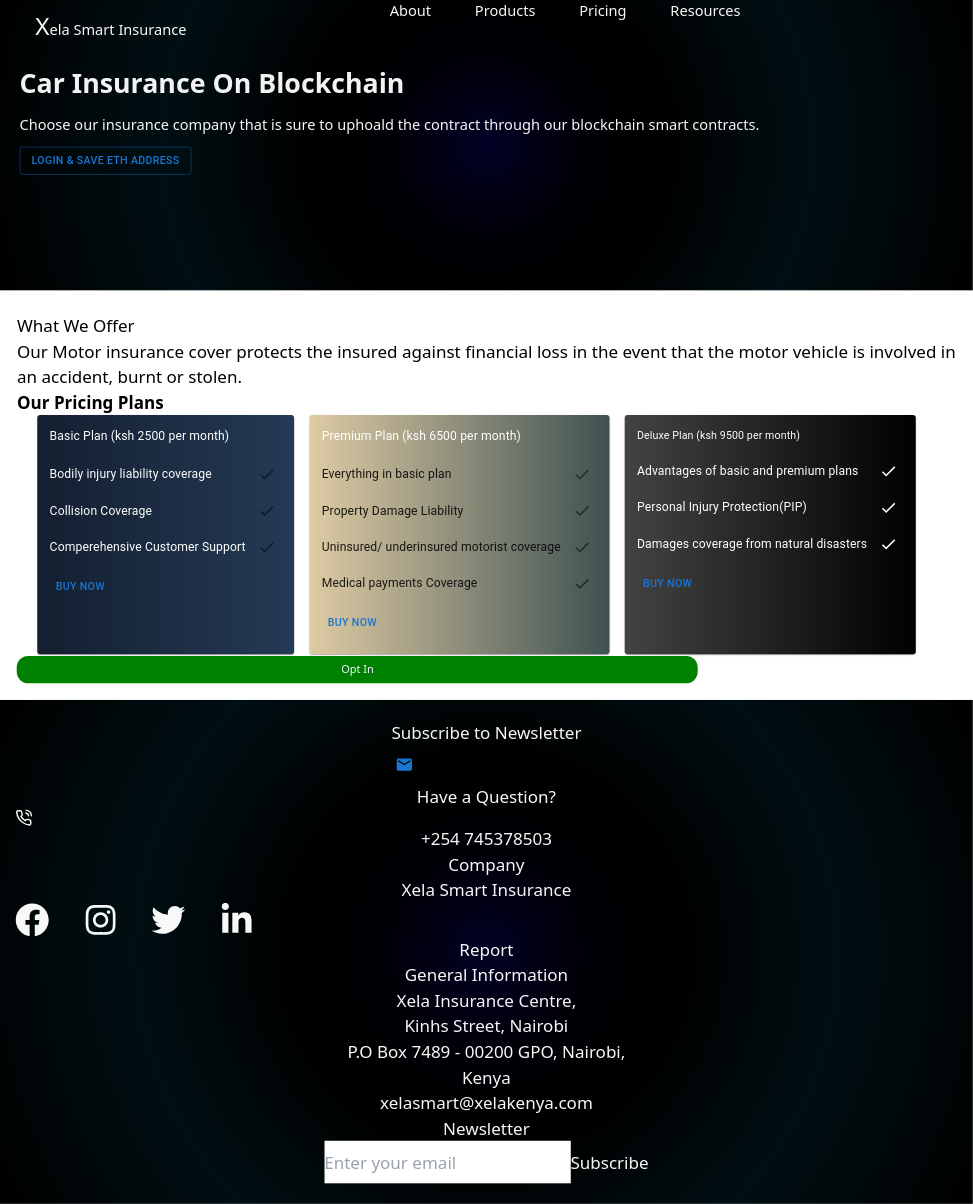
Repository: ALVIN-OBONYO/Xela-smart_insuarance
Page: / (app in frontend/)
The author's editor kept a copy of each file at every save. The page is drawn from the files as they stood at one save, then again after the next save.
The browser window is 1280 px wide. The pictures show the whole page, at 76% of full size.
The project was rebuilt for these pictures with package versions that can differ from the ones it lists, and the page was loaded fresh each time. Also part of the build but not shown: frontend/src/Pages/Policies.jsx, frontend/src/Components/Calendar.css, frontend/src/Components/Calendar.jsx, frontend/src/Components/Input.js, frontend/src/Components/Upload.js, frontend/src/Pages/ReportForm.jsx, frontend/src/Pages/Report.jsx, frontend/src/Pages/ReportInfo.jsx and 1 more.

Above is the page before, as saved 2022-10-04 07:51:26.

### frontend/public/index.html
<!DOCTYPE html>
<html lang="en">
  <head>
    <meta charset="utf-8" />
    <link rel="icon" href="%PUBLIC_URL%/favicon.ico" />
    <meta name="viewport" content="width=device-width, initial-scale=1" />
    <meta name="theme-color" content="#000000" />
    <meta
      name="description"
      content="Web site created using create-react-app"
    />
    <link rel="apple-touch-icon" href="%PUBLIC_URL%/logo192.png" />
    <!--
      manifest.json provides metadata used when your web app is installed on a
      user's mobile device or desktop. See https://developers.google.com/web/fundamentals/web-app-manifest/
    -->
    <link rel="manifest" href="%PUBLIC_URL%/manifest.json" />
    <!--
      Notice the use of %PUBLIC_URL% in the tags above.
      It will be replaced with the URL of the `public` folder during the build.
      Only files inside the `public` folder can be referenced from the HTML.

      Unlike "/favicon.ico" or "favicon.ico", "%PUBLIC_URL%/favicon.ico" will
      work correctly both with client-side routing and a non-root public URL.
      Learn how to configure a non-root public URL by running `npm run build`.
    -->
    <title>React App</title>
  </head>
  <body>
    <noscript>You need to enable JavaScript to run this app.</noscript>
    <link
    href="https://unpkg.com/tailwindcss@^1.0/dist/tailwind.min.css"
    rel="stylesheet"
  />
  <script
    src="https://cdnjs.cloudflare.com/ajax/libs/web3/1.6.1/web3.min.js"
    integrity="sha512-5erpERW8MxcHDF7Xea9eBQPiRtxbse70pFcaHJuOhdEBQeAxGQjUwgJbuBDWve+xP/u5IoJbKjyJk50qCnMD7A=="
    crossorigin="anonymous"
    referrerpolicy="no-referrer"
  ></script>
    <div id="root"></div>
    <!--
      This HTML file is a template.
      If you open it directly in the browser, you will see an empty page.

      You can add webfonts, meta tags, or analytics to this file.
      The build step will place the bundled scripts into the <body> tag.

      To begin the development, run `npm start` or `yarn start`.
      To create a production bundle, use `npm run build` or `yarn build`.
    -->
  </body>
</html>

### frontend/src/index.js
import React from 'react';
import ReactDOM from 'react-dom/client';
import './index.css';
import App from './App';
import reportWebVitals from './reportWebVitals';
import { BrowserRouter } from 'react-router-dom';
const root = ReactDOM.createRoot(document.getElementById('root'));
root.render(
  <React.StrictMode>
     <BrowserRouter>
       <App />
    </BrowserRouter>
  </React.StrictMode>
);

// If you want to start measuring performance in your app, pass a function
// to log results (for example: reportWebVitals(console.log))
// or send to an analytics endpoint. Learn more: https://bit.ly/CRA-vitals
reportWebVitals();

### frontend/src/App.jsx
import './App.css';
import RoutePages from './Components/RoutePages';

function App() {
  return (
    <div className="App">
      <RoutePages/>
    </div>
  );
}

export default App;

### frontend/src/Components/RoutePages.jsx
import React from 'react'
import { Routes, Route} from 'react-router-dom'
import EntryPage from '../Pages/Entrypage'
import PolicyMaker from '../Pages/Policies'
import ReportForm from '../Pages/ReportForm'
import Report from '../Pages/Report'
import ReportInfo from '../Pages/ReportInfo'
import FormPagination from './FormPagination'
const RoutePages = () => {
    return (


   <Routes>

    <Route exact path="/" element={<EntryPage />} />
    <Route path="policy" element={<PolicyMaker />} />

    <Route path="report/2" element={<ReportForm/> } />
    <Route path="report/1" element={<ReportInfo />} />
    <Route path="report/*" element={<FormPagination />} />

   </Routes>


    )
}

export default RoutePages

### frontend/src/Pages/Entrypage.jsx
import React, {useState, useRef} from 'react'
import "../Components/Navbar.css"
import { FaTimes, FaBars, FaInstagram, FaTwitter, FaLinkedinIn, FaFacebook, } from 'react-icons/fa'
import {FiPhoneCall} from 'react-icons/fi'
import { Link} from 'react-router-dom'
import { loginWithEth } from '../Services/LoginWithEth'
import { truncateAddress } from '../Services/TruncateAddress'
import Web3 from 'web3'
import { getContractSymbol } from '../Services/Contract'
import TextField from '@mui/material/TextField'
import Button from "@mui/material/Button"
import FormGroup from "@mui/material/FormGroup"
import PlanCard from "../Components/Cards"
import EmailIcon from "@mui/icons-material/Email"
import { IconButton, InputAdornment } from '@mui/material'
const Entrypage = () => {
        const [navButton, setNavButton] = useState(false)
        const [policy, setPolicy] = useState("")
        const switchNavState = () => setNavButton(!navButton)
        const buttonLogout = useRef(null)
        const yourAddress = useRef()
        window.userAddress = null



        window.onload = async () => {
            if (window.ethereum) {
                window.web3 = new Web3(window.ethereum)
            } else {
                alert("No ETH browser extension detected.")
            }
        }

        function showAddress() {
          if (!window.userAddress) {
            yourAddress.current.innerText = ""
            buttonLogout.current.classList.add("hidden")
             return false
        }

        yourAddress.innerText = `ETH Address: ${truncateAddress(window.userAddress)}`
        buttonLogout.classList.remove("hidden")
    }

         function logout() {
            window.userAddress = null
            window.localStorage.removeItem(buttonLogout)
            showAddress()
}

    return (
        <>
        <header>
        <nav id="my-nav">
        <h1 className='brand'><span className='X'>X</span>ela Smart Insurance</h1>
        <div className='toogleNav' onClick={switchNavState} >{navButton ?
        <div id="bars">

            <FaBars size="2.5em"/>
            </div> :
            <div className = "navflex">
            <div id="times">
                <FaTimes />
                </div>
            <h4>About</h4>
            <h4>Products</h4>
            <h4>Pricing</h4>
            <h4>Resources</h4>
            </div>

}
        </div>
        <div className='nav-section'>
            <h4>About</h4>
            <h4>Products</h4>
            <h4>Pricing</h4>
            <h4>Resources</h4>
        </div>
        </nav>
        <section className="top-descr" id='top'>
            <h1 id="top-h3">Car Insurance On Blockchain</h1>
            <p id="top-pg">Choose our insurance company that is sure to uphoald the contract through our blockchain smart contracts.</p>
            <div id="policy-sec">
                {/* <FormGroup row >
               <TextField
                variant="outlined"
                placeholder='Enter your policy number'
                sx={{
                    borderRadius: 0,
                    padding: 0
                }}
                />
                <Button variant="contained" sx={{
                    borderRadius: 0,
                    padding: "6px"
                }}>Verify</Button>
                    </FormGroup> */}

            <Button variant="outlined" onClick={loginWithEth}>Login & Save ETH Address
                </Button>
                <p id="userAddress" className="text-gray-600" ref={yourAddress}></p>
                <button id="logoutButton" onClick={logout} className="hidden text-blue-500 underline" ref={buttonLogout}>Logout</button>
                           </div>
        </section>
        </header>
        <div className='about-descr' id="descr">
            <h2>What We Offer</h2>
            <p>
            Our Motor insurance cover protects the insured against financial loss in the event that the motor vehicle is involved in an accident, burnt or stolen.</p>

            <p>


<b>Our Pricing Plans</b>
</p>
<PlanCard />
            <Link to="/policy"><button id="buy-policy" onClick={getContractSymbol}>Opt In</button></Link>
        </div>
        <div id="land-footer">
            <div>
                <h2>Subscribe to Newsletter</h2>

                     <TextField
                       variant="standard"
                       placeholder="Enter your email"

                       id='input-with-icon-textfield'
                       InputProps={{
                        startAdornment: (
                            <InputAdornment position="start">
                                <IconButton edge="end" color='primary'>
                                    <EmailIcon />
                                </IconButton>
                            </InputAdornment>
                        )
                       }}

                       />

            </div>
            <div>
            <h2>Have a Question?</h2>
             <h3><FiPhoneCall /> <span>+254 745378503</span></h3>
             <h2>Company</h2>
             <h3>Xela Smart Insurance</h3>
             <div id="social-icons">
               <FaFacebook size="2em"/>
               <FaInstagram size="2em"/>
               <FaTwitter size="2em"/>
               <FaLinkedinIn size="2em"/>
             </div>
             <div>
                <Link to="/report/1">Report</Link>
                <h2>General Information</h2>
                <h4>Xela Insurance Centre,</h4>
                <h4>Kinhs Street, Nairobi</h4>
                <h4>P.O Box 7489 - 00200 GPO, Nairobi,</h4>
                <h4>Kenya</h4>
                <h4>xelasmart@xelakenya.com</h4>
                <h2>Newsletter</h2>
                <input type="text" placeholder="Enter your email" />
                <button>Subscribe</button>
             </div>
            </div>
        </div>
        </>
    )
}

export default Entrypage

### frontend/src/Components/Navbar.css
nav {
    width: 100vw;
    display: flex;
    justify-content: flex-start;
    align-items: flex-start;
}

.brand {
    flex-grow: 1;
    text-align: start;
    padding-left: 2.9rem;
    margin-top: 0.6rem;
    font-size: 1.2rem;
}

.X {
    font-size: 2rem;

}
.nav-section {
    display: flex;
    flex-grow: 1;
    gap: 3em;
    font-size: 1.2rem;
    padding-right: 2em;
    justify-content: flex-start;
    align-items: center;
}
.top-descr  {
    margin-top: 0;
    padding: 1em;
    text-align: justify;
    font-size: 1.6rem;
    height: 45vh;

}


#descr {
    margin-top: 0.5rem;
    padding: 1em;
    text-align: justify;
    font-size: 1.4rem;

}

#top > h1 {
    font-size: 2.2rem;
    font-weight: 700;
    color: rgba(255, 255, 255, 0.952);
    margin-bottom: 0.4em;

}
header {
    background: rgb(2,0,36);
background: radial-gradient(circle, rgba(2,0,36,1) 0%, rgba(1,0,5,1) 20%, rgba(0,0,0,1) 35%, rgba(0,15,19,1) 64%, rgba(0,0,0,1) 100%);
    color: rgb(248, 248, 248);
}


#top-pg {

    font-size: 1.2rem;
    margin-bottom: 0.9rem;
}
#policy-sec {
    display: flex;
    gap: 0.8em;

}
input[type=text] {
    flex-grow: 1;
    height: 2.5em;
}
#btn-policy {
    background-color: rgb(0, 39, 90);
    flex-grow: 1;
    color: wheat;
    border: none;
    margin-top: 0.8em;
    border-radius: 5px;
    padding: 0.6rem;
    font-size: 1.4rem;
    font-weight: 500;

}
#buy-policy {
    width: 70vw;
    height: 2.5em;
    border: none;
    background-color: #008000;
    color:aliceblue;
    font-size: 0.9rem;
    border-radius: 15px;
}
#social-icons {
    display: flex;
    gap: 2em;
}
#land-footer {
    background: rgb(2,0,36);
    background: radial-gradient(circle, rgba(2,0,36,1) 0%, rgba(1,0,5,1) 20%, rgba(0,0,0,1) 35%, rgba(0,15,19,1) 64%, rgba(0,0,0,1) 100%);
    color: rgb(248, 248, 248);
    position: relative;
    padding: 1.2em  0.9em;
    font-size: 1.4rem;
}

.navflex {
    display: flex;
    flex-direction: column;
    justify-content: center;
    align-items: center;
    gap: 2em;
    background-color: rgba(19, 20, 27, 0.918);
    color: white;
    width: 100vw;
    height: 100vh;
    right: 0;
    top: 0;
    position: absolute;
    text-transform: uppercase;
    /* animation-name: ${navanim}; */
}
@media screen and (max-width: 600px){
   .nav-section {

      display: none;
   }


}

@media screen and (min-width: 600px){
    .toogleNav {
        display: none;
        padding: 1.3em;
    }
}

### frontend/src/Services/LoginWithEth.js
import { showAddress } from "./showAddress";
export async function loginWithEth() {
    if (window.web3) {
        try {
            const selectedAccount = await window.ethereum.request({
                method: "eth_requestAccounts"
            })
            .then((accounts) => accounts[0])
            .catch(() => {
                throw Error("No account selected!")
            })

          window.userAddress = selectedAccount;
          window.localStorage.setItem("userAddress", selectedAccount);
        //   showAddress()
        }
        catch (error) {
            console.error(error)
        }
    } else {
        alert("No ETH browser extension detected.");
    }
}

### frontend/src/Services/TruncateAddress.js
export function truncateAddress(address) {
    if (!address) {
        return "";
    }
    return `${address.substr(0, 5)}...${address.substr(
        address.length - 5,
        address.length
      )}`;
}

### frontend/src/Services/Contract.js
window.ABI = require('./contract-abi.json')
export async function getContractSymbol() {
    const CONTRACT_ADDRESS = "0x1A5b30a61CED9B4D9c209E7F1d2fbD38657f8EB1"

    const contract = new window.web3.eth.Contract(
        window.ABI,
        CONTRACT_ADDRESS
    )

    const symbol = await contract.methods.symbol().call({
        from: window.userAddress    })

    alert(`Contract ${CONTRACT_ADDRESS} Symbol: ${symbol}`);
}

### frontend/src/Components/Cards.jsx
import * as React from 'react'
import Box from '@mui/material/Box'
import Card from '@mui/material/Card'
import CardActions from '@mui/material/CardActions'
import CardContent from '@mui/material/CardContent'
import Button from '@mui/material/Button'
import Typography from '@mui/material/Typography'
import {MdDone} from 'react-icons/md'
import List from '@mui/material/List'
import ListItem from '@mui/material/ListItem'
import ListItemText from '@mui/material/ListItemText'
import  IconButton  from '@mui/material/IconButton'

const planValues = [
    {id: 1, text: "Bodily injury liability coverage"},
    {id: 2, text: "Collision Coverage"},
    {id: 3, text: "Comperehensive Customer Support"}

]

const premium = [
    {id: 1, text: "Everything in basic plan"},
    {id: 2, text: "Property Damage Liability"},
    {id: 3, text: "Uninsured/ underinsured motorist coverage"},
    {id: 3, text: "Medical payments Coverage"},
]

const deluxe = [
    {id: 1, text: "Advantages of basic and premium plans"},
    {id: 2, text: "Personal Injury Protection(PIP)"},
    {id: 3, text: "Damages coverage from natural disasters"},

]
const PlanCard = () => {
    return (
        <Box sx={{ display: "flex", mx: "1.2em", flexDirection: "row", flexWrap: "wrap", gap: "0.9em"}}>
        <Card sx={{background: 'linear-gradient(to right, #141e30, #243b55)', color: 'white'}}>
        <CardContent>
            <Typography sx={{ fontSize: 16}} color="text.primary             " gutterBottom>
                Basic Plan   (ksh 2500 per month)
            </Typography>
            <List sx={{ width: '100%'}}>
                {planValues.map((elem)=> (
                <ListItem key={elem.id} disableGutters secondaryAction={
                    <IconButton>
                        <MdDone />
                    </IconButton>
                }>
                <ListItemText primary={elem.text} />
                </ListItem>
                ))}
            </List>
            <Button>Buy Now</Button>
        </CardContent>
        </Card>
        <Card sx={{background: "linear-gradient(to right, #DECBA4, #3E5151)"}}>
        <CardContent>
            <Typography sx={{ fontSize: 16}} color="white" gutterBottom>
                Premium Plan   (ksh 6500 per month)
            </Typography>
            <List sx={{ width: '100%'}}>
                {premium.map((elem)=> (
                <ListItem key={elem.id} disableGutters secondaryAction={
                    <IconButton>
                        <MdDone />
                    </IconButton>
                }>
                <ListItemText primary={elem.text} />
                </ListItem>
                ))}
            </List>
            <Button>Buy Now</Button>
        </CardContent>
        </Card>
        <Card sx={{background: "linear-gradient(to right, #434343 0%, black 100%)", color: "white"}}>
        <CardContent>
            <Typography sx={{ fontSize: 14}} color="white" gutterBottom>
                Deluxe Plan   (ksh 9500 per month)
            </Typography>
            <List sx={{ width: '100%'}}>
                {deluxe.map((elem)=> (
                <ListItem key={elem.id} disableGutters secondaryAction={
                    <IconButton>
                        <MdDone color="white"/>
                    </IconButton>
                }>
                <ListItemText primary={elem.text} />
                </ListItem>
                ))}
            </List>
            <Button>Buy Now</Button>
        </CardContent>
        </Card>
        </Box>
    )
}

export default PlanCard

### frontend/src/Components/Upload.css
.ImageContainer {
    width: 15em;
        height: 15em;
        background-color: #313131f3;


        display: flex;
        flex-direction: column;
        justify-content: center;
        align-items:center;
        position: relative;
}

input[type=file] {
    display: none
}

label {
    cursor: pointer;
    position: absolute;
    bottom: 0;
    left: 0;
}

.Image {
    width: 100%;
    height: 100%;
}

Loaded but not shown: frontend/src/index.css (common file); frontend/src/reportWebVitals.js (common file); frontend/src/App.css (common file); frontend/src/Services/contract-abi.json (501 lines, source omitted); frontend/src/Services/showAddress.js (no stored copy; drawn as an empty file)

After the next save:
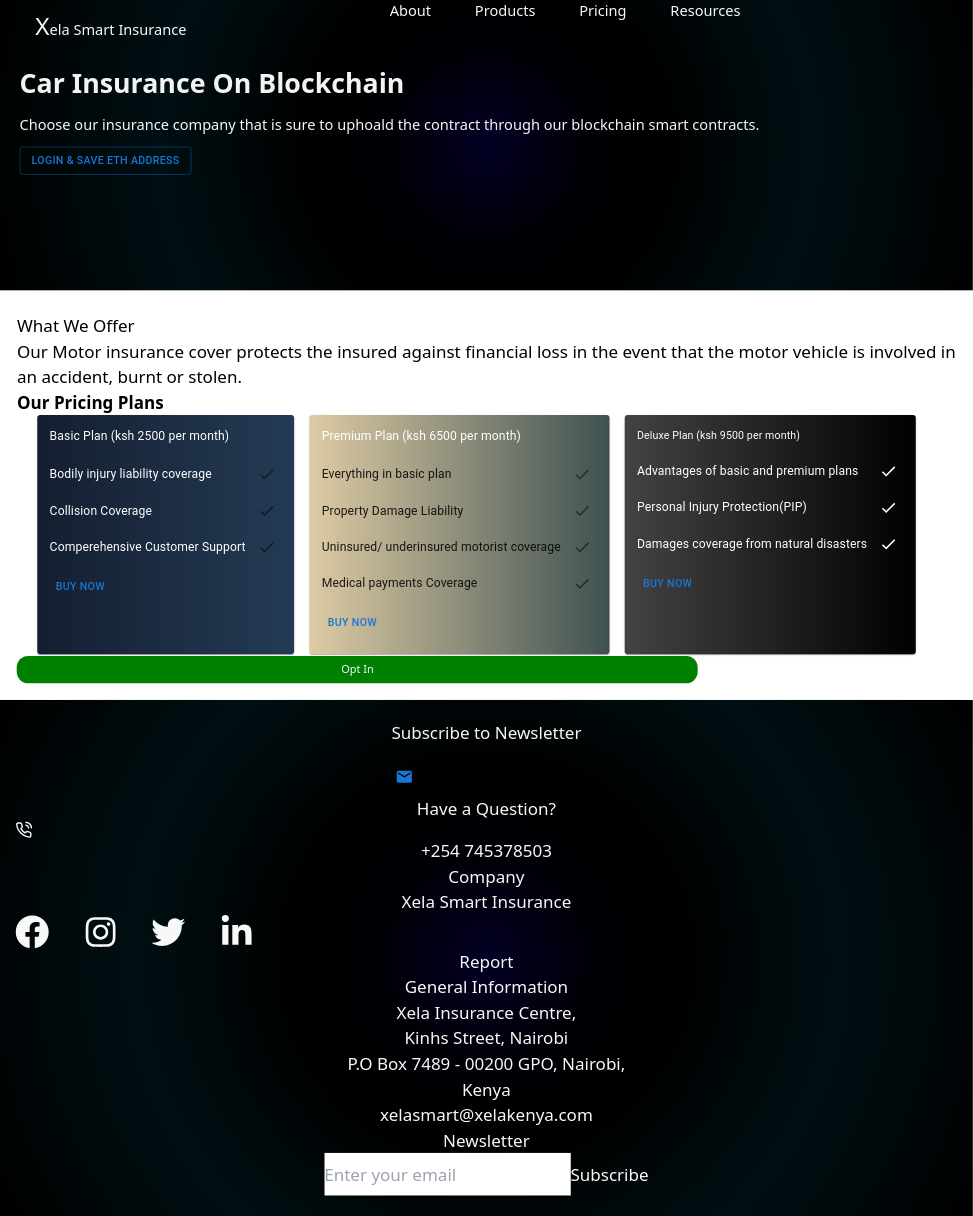
Saved 43 s later.
--- a/frontend/src/Pages/Entrypage.jsx
+++ b/frontend/src/Pages/Entrypage.jsx
@@ -122,8 +122,8 @@
 
                      <TextField
                        variant="standard"
-                       placeholder="Enter your email"
-
+                       label="Enter your email"
+                       color='white'
                        id='input-with-icon-textfield'
                        InputProps={{
                         startAdornment: (
